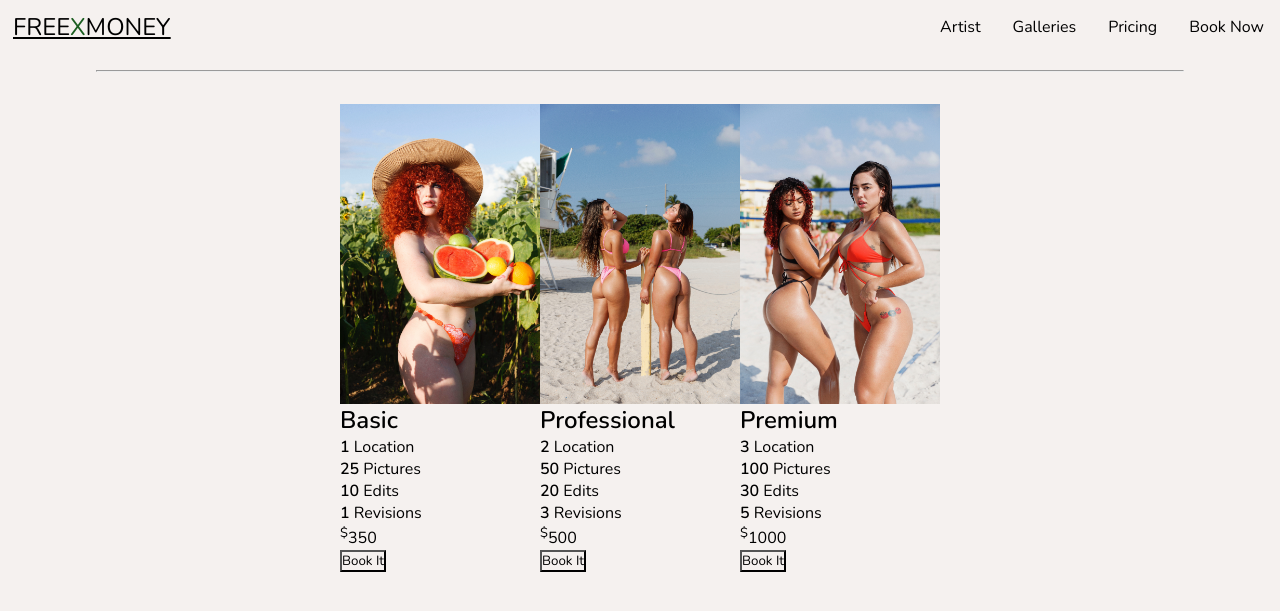
Repository: burntaftermint/freexmoney-draft
Page: price.html
An editor plug-in stored every save of this project. The page is shown before and after the next save, followed by the edit.
The browser window is 1280 px wide. The pictures show the whole page.
Some web fonts or font styles are not loaded; a fallback is used.

Above is the page before, as saved 2024-06-11 01:45:58.

After the next save:
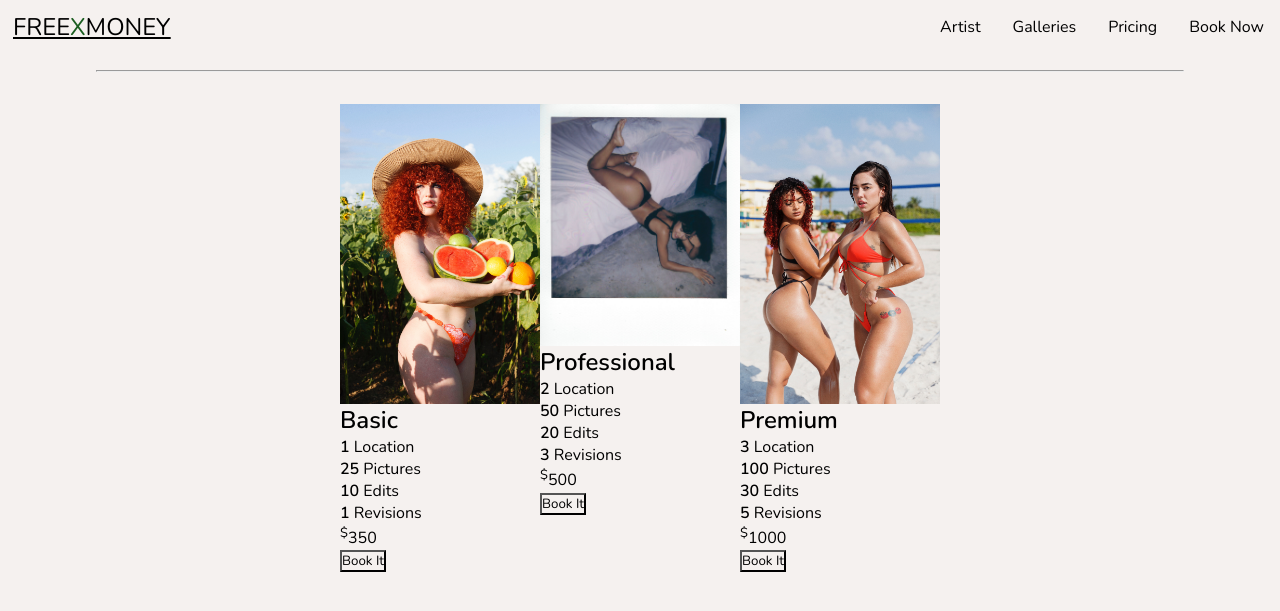
Saved 23 s later.
--- a/price.html
+++ b/price.html
@@ -57,7 +57,7 @@
         <div class="card-wrapper">
             <!-- card header -->
             <div class="card-header">
-                <img src="images/10.JPG" alt="basic">
+                <img src="images/5.JPG" alt="basic">
                 <h2>Professional</h2>
             </div>
             <!-- card detail -->
